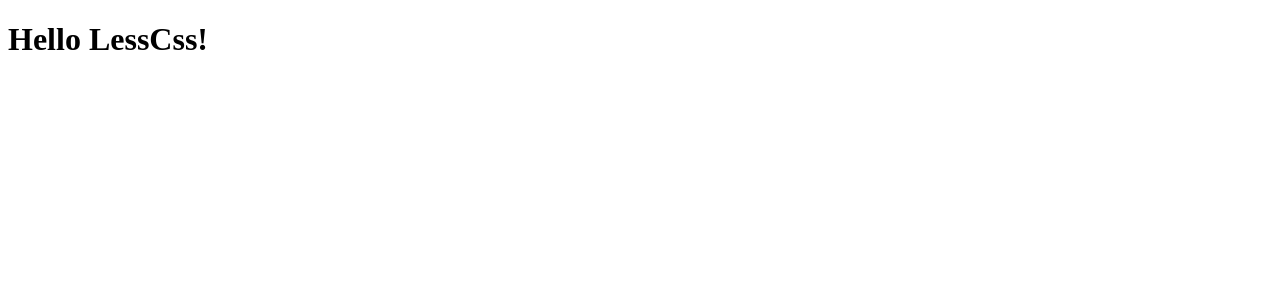
Repository: TechnicallyExplained/less-css-tutorial
Page: LessCss1/WebContent/index.html
The author's editor kept a copy of each file at every save. The page is drawn from the files as they stood at one save, then again after the next save.
The browser window is 1280 px wide. The pictures show the whole page.

Above is the page before, as saved 2013-07-05 17:57:36.

### LessCss1/WebContent/index.html
<!DOCTYPE html>
<html>
<head>
<meta charset="US-ASCII">
<title>Hello LessCss</title>
</head>
<body>
<h1>Hello LessCss!</h1>
</body>
</html>

After the next save:
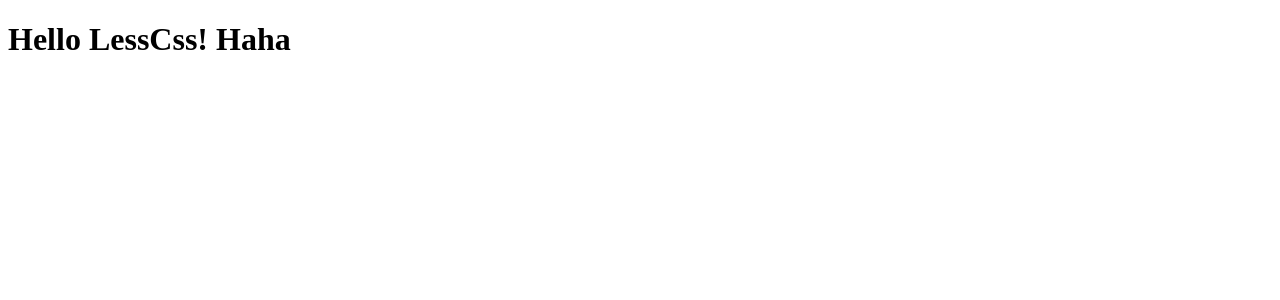
Saved 114 min 27 s later.
--- a/LessCss1/WebContent/index.html
+++ b/LessCss1/WebContent/index.html
@@ -5,6 +5,6 @@
 <title>Hello LessCss</title>
 </head>
 <body>
-<h1>Hello LessCss!</h1>
+<h1>Hello LessCss! Haha</h1>
 </body>
 </html>
